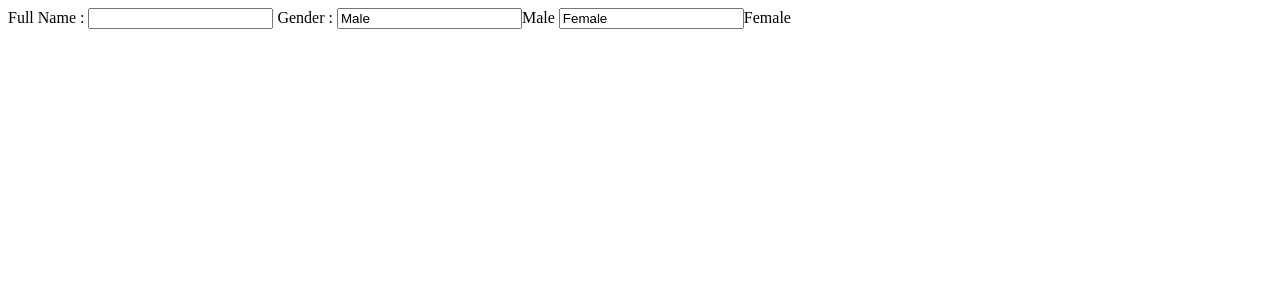
Repository: swapnil-dakhole/Java_code
Page: http://localhost/form_under_jsp/submit.jsp
The author's editor kept a copy of each file at every save. The page is drawn from the files as they stood at one save, then again after the next save.
The browser window is 1280 px wide. The pictures show the whole page.
The page is served by Tomcat 9.

Above is the page before, as saved 2024-01-25 05:12:45.

After the next save:
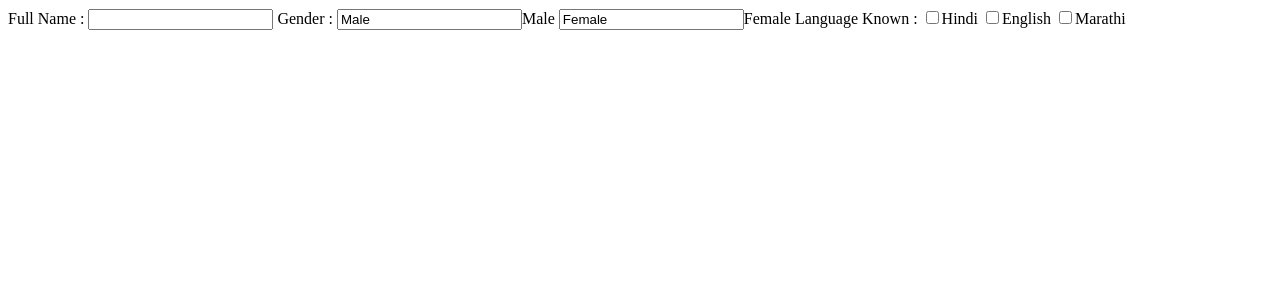
Saved 94 s later.
--- a/form under jsp/src/main/webapp/submit.jsp
+++ b/form under jsp/src/main/webapp/submit.jsp
@@ -11,7 +11,9 @@
 		Full Name : <input type="text" name="name">
 		Gender : <input type="text" name="gender" value="Male" >Male
 				 <input type="text" name="gender" value="Female" >Female
-
+		Language Known : <input type="checkbox" name="language" value="Hindi">Hindi
+						 <input type="checkbox" name="language" value="English">English
+						 <input type="checkbox" name="language" value="Marathi">Marathi
 	</form>
 </body>
 </html>
